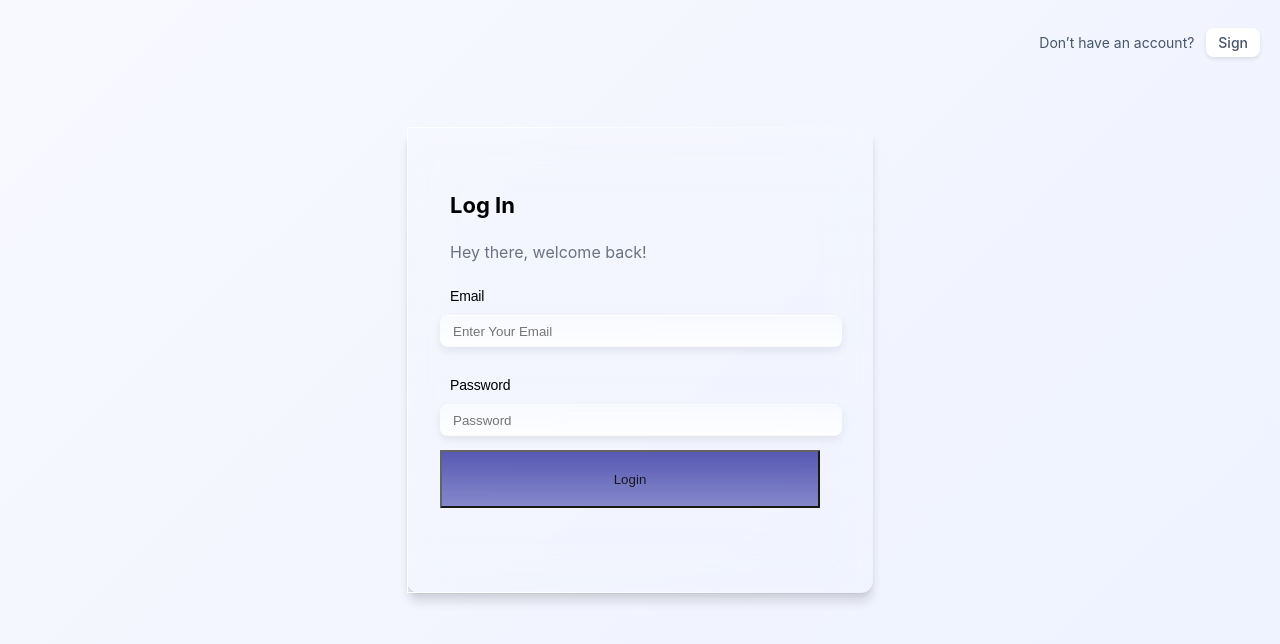
Repository: AfifaNoor/Admin_Panel-React-
Page: /
These files come from the project's save history. The page is drawn as it stood at one moment and after the next save; the edit follows.
The browser window is 1280 px wide. The pictures show the whole page.
The project was rebuilt for these pictures with package versions that can differ from the ones it lists, and the page was loaded fresh each time. Also part of the build but not shown: src/SignUp.jsx.

Above is the page before, as saved 2025-07-10 17:58:55.

### src/App.js
import React from 'react'
import LoginPage from './LoginPage'
import { RouterProvider } from 'react-router-dom'
import Router from './Router'

const App = () => {
  return (
    <>
      {/* <RouterProvider router={Router}/> */}
      <LoginPage/>
    </>


  )
}

export default App

### src/LoginPage.jsx
import React, { useState } from 'react'
// import {Navigate, useNavigate} from 'react-router-dom';
import "./LoginPage.css"
import { ToastContainer, toast } from 'react-toastify';
import 'react-toastify/dist/ReactToastify.css';

const LoginPage = () => {
    const[email , setEmail]=useState('')
    const [password , setPassword] = useState('')
    // const navigate= useNavigate();

const handleSubmit =(e)=>{
    e.preventDefault();

 const hardcoreMail="login@gmail.com";
 const hardcorePassword = '1234567'

    if (email=== hardcoreMail && password === hardcorePassword){
        alert("Login Successfull")

    }else{
        alert("Invalid Credential")
    }

}



  return (
 <div className="login-container">

      <div className="signup-redirect">
        <p>
          Don’t have an account?{' '}
          {/* <span className="signup-link" onClick={() => navigate('/sign-up')}> */}
            {/* Sign Up */}
          {/* </span> */}
          <span className="signup-link" >
            Sign
          </span>
        </p>
      </div>



    <div>



    </div>

      <form className="login-form" onSubmit={handleSubmit}>
      <div className="title">
        <h1>Log In</h1>
        <p>Hey there, welcome back!</p>
      </div>
      <label className='form-label'>Email</label>
        <input
          type="email"
          className="form-input"
          value={email}
          placeholder="Enter Your Email"
          onChange={(e) => setEmail(e.target.value)}
          required
        />

        <label className='form-label'>Password</label>
        <input
          type="password"
          className="form-input"
          placeholder="Password"
          value={password}
          onChange={(e) => setPassword(e.target.value)}
          required
        />

        <button className="login-btn" type="submit">
          Login
        </button>

        {/* <ToastContainer /> */}
      </form>
    </div>
  );
}

export default LoginPage

### src/Router.jsx
import React from 'react';
import { createBrowserRouter , createRoutesFromElements , Route } from 'react-router-dom';
import LoginPage from './LoginPage';
import SignUp from './SignUp';

const Router = createBrowserRouter(
  createRoutesFromElements(
    <>

      <Route path='/sign-up' element={<SignUp/>}/>
      <Route path='login-page' element={<LoginPage/>}/>
    </>
  )
)

export default Router;

### src/LoginPage.css
.login-container {
  width: 100%;
  height: 100vh;
  /* background: #FFFFFF; */
  opacity: 1;
  transform: rotate(0deg);
  display: flex;
  justify-content: center;
  align-items: center;
  background: linear-gradient(135deg, #f8f9ff, #eef2ff);
  flex-direction: column;
  /* font-family: 'Inter','sans-serif'; */
  position: relative;


}
.signup-redirect {
  position: absolute;
  top: 20px;
  right: 20px;
  font-size: 14px;
  color: #475569;
}

.signup-link {
  background: #ffffff;
  border-radius: 8px;
  padding: 6px 12px;
  margin-left: 8px;
  box-shadow: 0 2px 4px rgba(0,0,0,0.1);
  cursor: pointer;
  font-weight: 500;
  transition: all 0.3s ease;
}

.signup-link:hover {
  background: #f0f0f0;
}




.login-form{
  width: 400px;
  height: 400px;
  /* position: absolute; */
  /* top: 150.5px; */
  /* left: 482px; */
  border-radius: 12px;
  padding: 32px;
  gap: 10px;
  opacity: 1;
  flex-direction: column;

  z-index: 2;

  background: linear-gradient(180deg, rgba(255, 255, 255, 0) -9.58%, rgba(255, 255, 255, 0.052) 100%);
  border: 1px solid transparent;
  border-image-source: linear-gradient(93.78deg, #FFFFFF 8.04%, rgba(255, 255, 255, 0) 100%);
  border-image-slice: 1;


-webkit-backdrop-filter: blur(20px);
backdrop-filter: blur(20px);

box-shadow:
  0px 10px 10px 0px rgba(0, 0, 0, 0.10),
  0px 4px 4px 0px rgba(0, 0, 0, 0.05),
  0px 1px 0px 0px rgba(0, 0, 0, 0.05),
  inset 0px 20px 50px 0px rgba(255, 255, 255, 0.15);

}

.title{
  z-index: 3;
  width: 380px;
  height: 72px;
  opacity: 1;
  gap: 10px;
  padding: 10px;
  /* margin-bottom: 550px; */
  /* box-shadow: 0 4px 12px rgba(0, 0, 0, 0.1); */
  margin-bottom: 20px;


}

.title h1 {
width: 380px;
height: 40px;
font-family: 'Inter', sans-serif;
font-weight: 600px;
font-size: 22px;
line-height: 40px;
letter-spacing: -1%;
margin-bottom: 8px;
}

.title p{
  font-size: 16px;
  font-style: Inter;
  font-weight: 400px;
  font-style:normal;
  line-height: 22px;
  /* letter-spacing: -1%; */
  color: rgba(107, 114, 128, 1);
  margin-bottom: 24px;
  /* margin-bottom: 5px; */

}

.form-label{
width: 380px;
height: 22px;
transform: rotate(0deg);
opacity: 1;
gap: 12px;
text-align: left;
font-family: 'Intern',sans-serif;
font-weight: 500px;
font-size: 14px;
line-height: 22px;
letter-spacing: -0.01em;
color:black;
border: none;
border-radius: 6px;
padding: 3px 10px;
cursor: pointer;
display: inline-flex;
/* align-items: left; */
justify-content: left;
margin-top: 10px;
margin-bottom: 5px;

}

.form-input{

  width: 380px;
  height: 20px;
  min-width: 140px;
  max-width: 500px;
  transform: rotate(0deg);
  opacity: 1;
  border-radius: 8px;
  border-width: 1px;
  padding: 5px 8px 5px 12px;
  gap: 8px;
  margin-bottom: 14px;

  background: linear-gradient(0deg, rgba(255, 255, 255, 0.9) 0%, rgba(255, 255, 255, 0.4) 100%);
  border: 1px solid transparent; /* fallback for border-image */

  border-image:
    linear-gradient(0deg, rgba(255, 255, 255, 0.1), rgba(255, 255, 255, 0.1)),
    linear-gradient(360deg, rgba(255, 255, 255, 0.5) 0%, rgba(255, 255, 255, 0) 100%);
  border-image-slice: 1;


  -webkit-backdrop-filter: blur(20px);
  backdrop-filter: blur(20px);
  box-shadow: 0 4px 10px rgba(0,0,0,0.08);
  cursor: pointer;
}

.login-btn{
  direction: vertical;
  width: 380px;
  height: 58px;
  padding: 7px 7px ;
  gap: 12px;
  border-radius: 1px;
  opacity: 90%;
  background: linear-gradient(180deg, #4648AB 0%, rgba(70, 72, 171, 0.7) 100%)
  /* background: linear-gradient(119.36deg, rgba(99, 102, 241, 0.2) 0%, rgba(236, 72, 153, 0.2) 100%) */

}

Loaded but not shown: public/index.html (common file); src/index.js (common file); src/index.css (common file); src/reportWebVitals.js (common file)

After the next save:
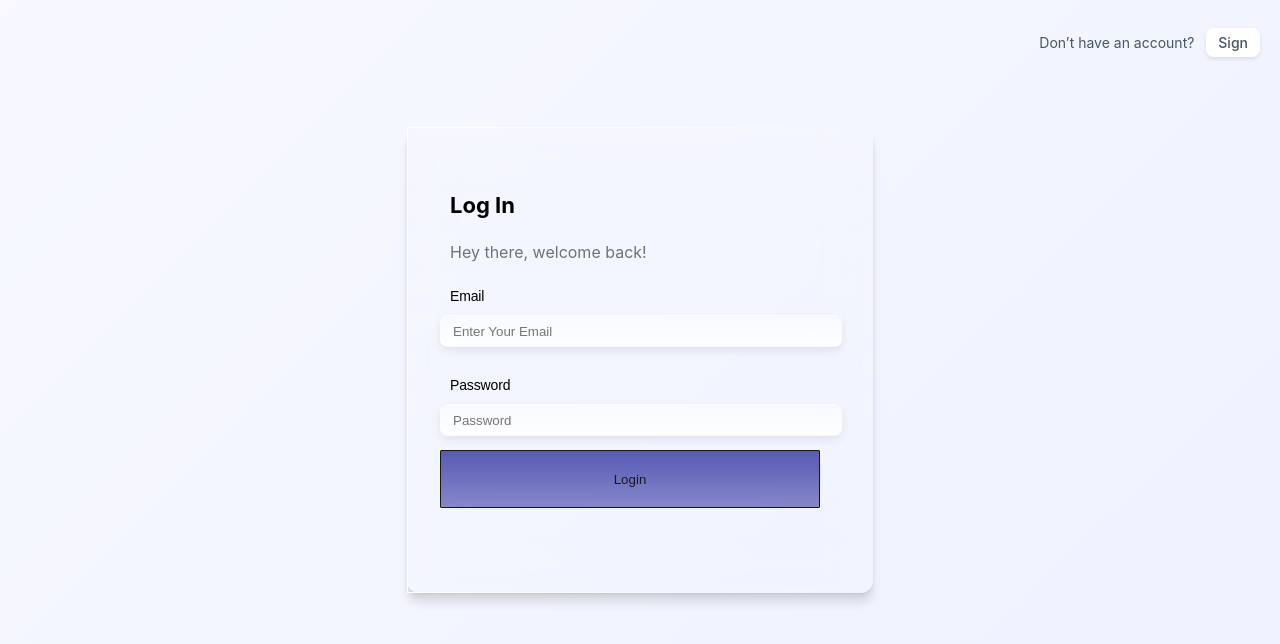
Saved 43 s later.
--- a/src/LoginPage.css
+++ b/src/LoginPage.css
@@ -171,6 +171,12 @@ margin-bottom: 5px;
   gap: 12px;
   border-radius: 1px;
   opacity: 90%;
+  border: 1px solid;
+
+border-image-source: linear-gradient(0deg, rgba(255, 255, 255, 0.1), rgba(255, 255, 255, 0.1)),
+linear-gradient(45deg, rgba(255, 255, 255, 0) 33.33%, #FFFFFF 95%);
+
+;
   background: linear-gradient(180deg, #4648AB 0%, rgba(70, 72, 171, 0.7) 100%)
   /* background: linear-gradient(119.36deg, rgba(99, 102, 241, 0.2) 0%, rgba(236, 72, 153, 0.2) 100%) */
 

After the save that followed:
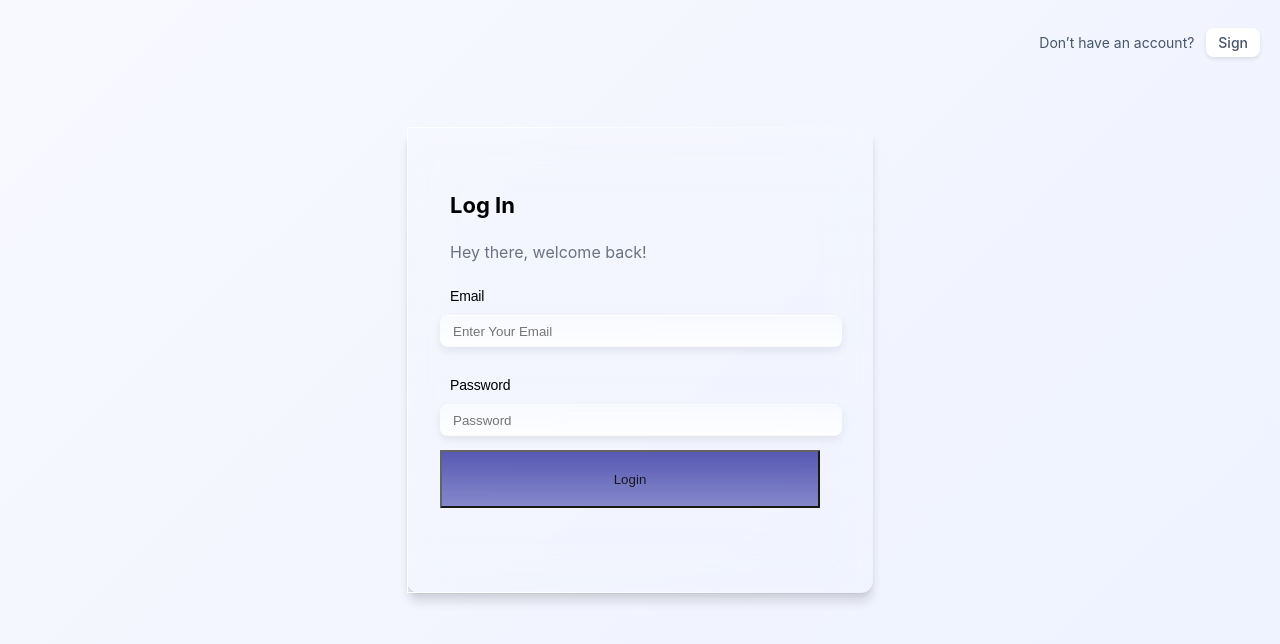
Saved 11 s later.
--- a/src/LoginPage.css
+++ b/src/LoginPage.css
@@ -171,10 +171,10 @@ margin-bottom: 5px;
   gap: 12px;
   border-radius: 1px;
   opacity: 90%;
-  border: 1px solid;
+  /* border: 1px solid;
 
 border-image-source: linear-gradient(0deg, rgba(255, 255, 255, 0.1), rgba(255, 255, 255, 0.1)),
-linear-gradient(45deg, rgba(255, 255, 255, 0) 33.33%, #FFFFFF 95%);
+linear-gradient(45deg, rgba(255, 255, 255, 0) 33.33%, #FFFFFF 95%); */
 
 ;
   background: linear-gradient(180deg, #4648AB 0%, rgba(70, 72, 171, 0.7) 100%)
